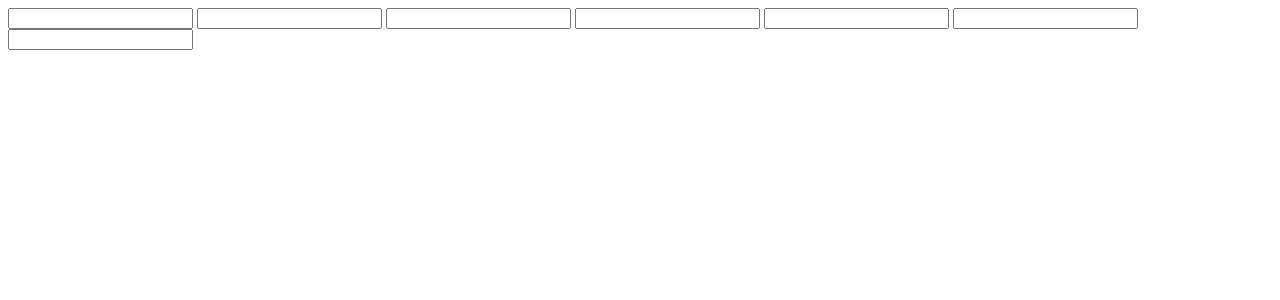
Repository: basstpgns/20201029html
Page: jsp/html/test02.html
These files come from the project's save history. The page is drawn as it stood at one moment and after the next save; the edit follows.
The browser window is 1280 px wide. The pictures show the whole page.

Above is the page before, as saved 2020-10-30 00:45:18.

### jsp/html/test02.html
<!DOCTYPE html>
<html>
<head>
<meta charset="EUC-KR">
<title>Insert title here</title>
</head>
<body>
	<input type="" value="">
	<input type="" value="">
	<input type="" value="">
	<input type="" value="">
	<input type="" value="">
	<input type="" value="">
	<input type="" value="">
</body>
</html>

After the next save:
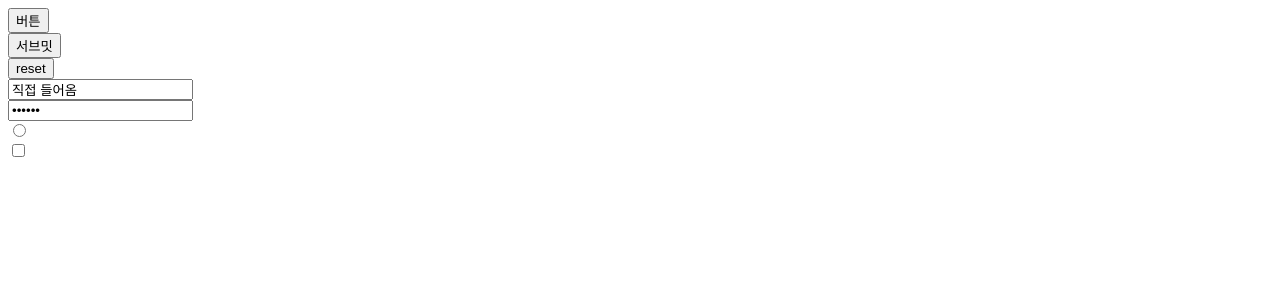
Saved 113 s later.
--- a/jsp/html/test02.html
+++ b/jsp/html/test02.html
@@ -5,12 +5,12 @@
 <title>Insert title here</title>
 </head>
 <body>
-	<input type="" value="">
-	<input type="" value="">
-	<input type="" value="">
-	<input type="" value="">
-	<input type="" value="">
-	<input type="" value="">
-	<input type="" value="">
+	<input type="button" value="버튼"><br>
+	<input type="submit" value="서브밋"><br>
+	<input type="reset" value="reset"><br>
+	<input type="text" value="직접 들어옴"><br>
+	<input type="password" value="직접 들어옴"><br>
+	<input type="radio" value=""><br>
+	<input type="checkbox" value=""><br>
 </body>
 </html>
